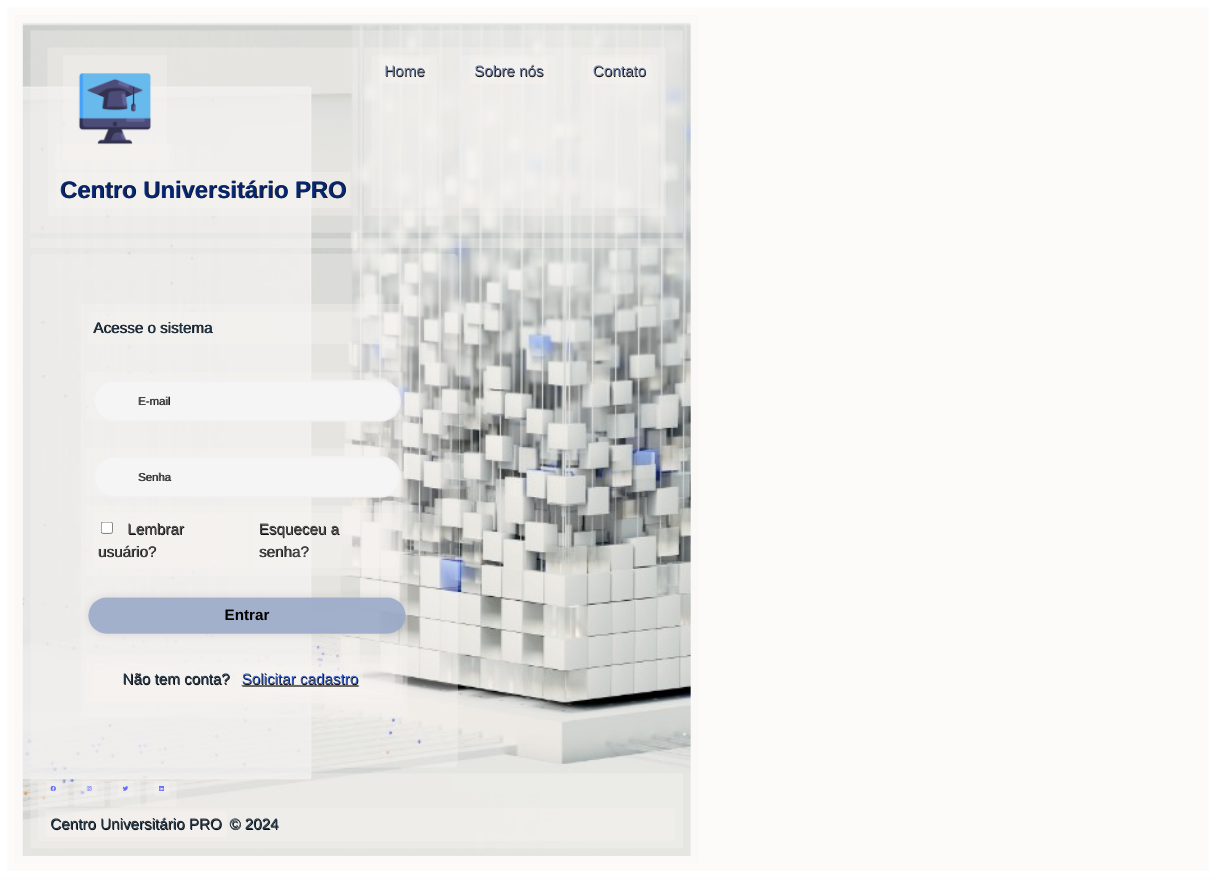
Repository: DanuziaRA/Cadastros-de-Usuarios
Page: /
The author's editor kept a copy of each file at every save. The page is drawn from the files as they stood at one save, then again after the next save.
The browser window is 1280 px wide. The pictures show the whole page, at 95% of full size.
The project was rebuilt for these pictures with package versions that can differ from the ones it lists, and the page was loaded fresh each time. Also part of the build but not shown: vite.config.js, src/components/Footer.css, src/router/Contact.jsx, src/router/ErrorPage.jsx, src/router/ContactDetails.jsx, src/router/Company.jsx, src/router/Forget.jsx, src/router/Cadastro.jsx.

Above is the page before, as saved 2024-10-01 12:43:21.

After the next save:
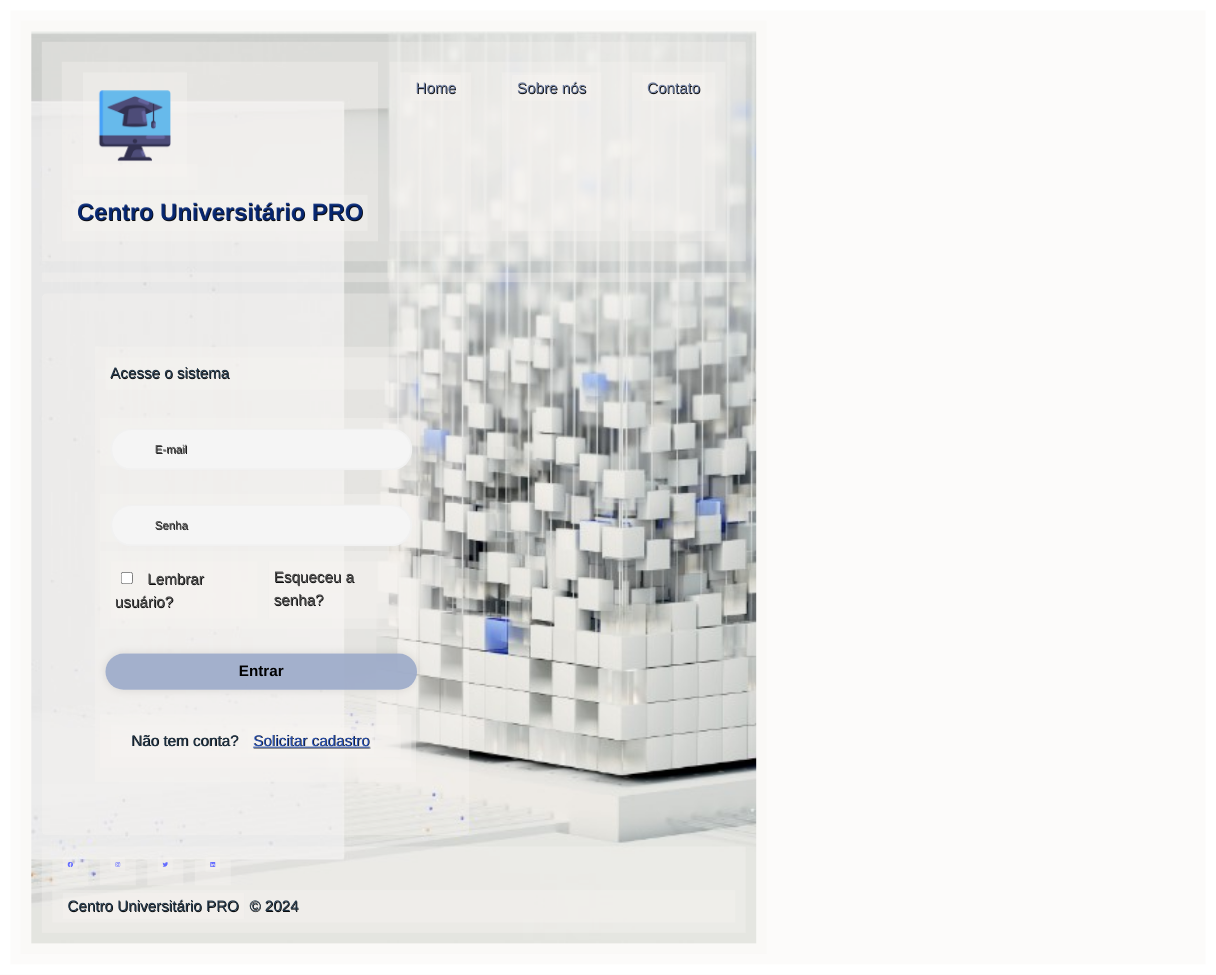
Saved 22 s later.
--- a/src/App.css
+++ b/src/App.css
@@ -1,6 +1,6 @@
 * {
   box-sizing: border-box;
-  margin: 3px;
+  margin: 6px;
   padding: 5px;
   font-family: Helvetica;
   font-size: 16px;
